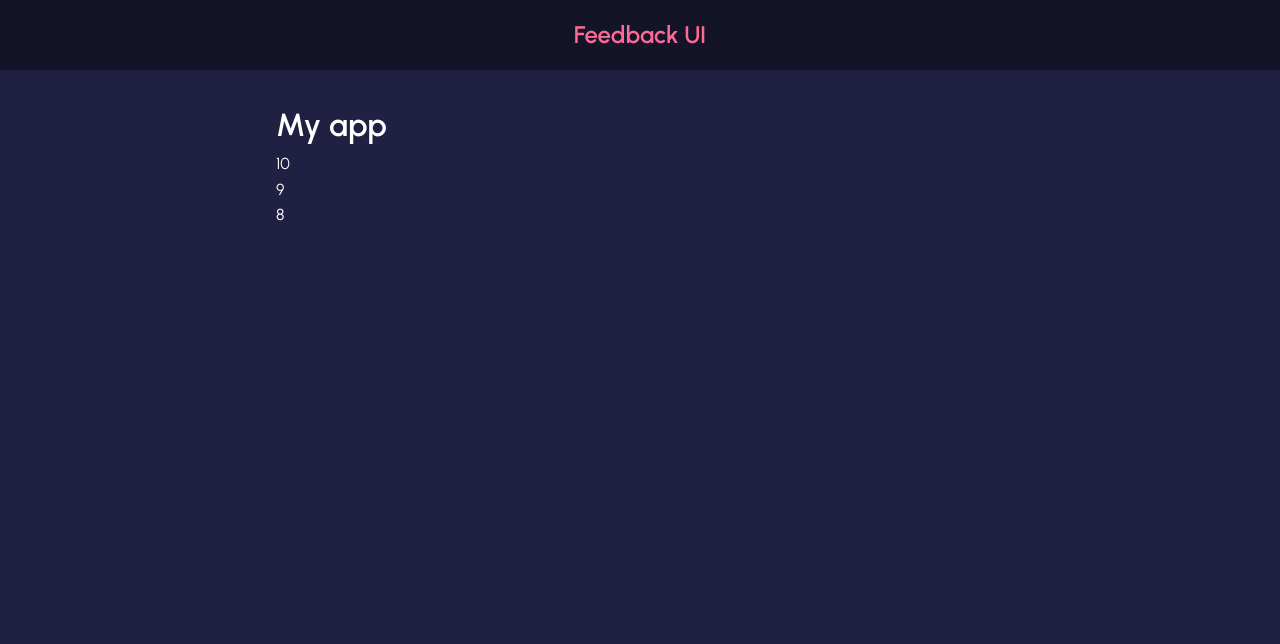
Repository: Vasil1001/feedback-project-react
Page: /
These files come from the project's save history. The page is drawn as it stood at one moment and after a run of saves; the edit follows.
The browser window is 1280 px wide. The pictures show the whole page.
The project was rebuilt for these pictures with package versions that can differ from the ones it lists, and the page was loaded fresh each time. Also part of the build but not shown: vite.config.js.

Above is the page before, as saved 2022-12-28 22:25:54.

### src/App.jsx
import { useState } from 'react'
import './App.css'
import FeedbackList from './components/FeedbackList'
import Header from './components/Header'
import FeedbackData from './data/FeedbackData'

function App() {
  const [feedback, setFeedback] = useState(FeedbackData)

  return (
    <div>
      <Header />
      <div className="container">
        <h1>My app</h1>
        <FeedbackList feedback={feedback}/>
      </div>
    </div>
  )
}

export default App

### src/App.css
@import url('https://fonts.googleapis.com/css2?family=Poppins:wght@400;600;700&display=swap');
@import url('https://fonts.googleapis.com/css2?family=DM+Sans:wght@400;700&family=Roboto+Condensed:wght@300;400;700&family=Urbanist:wght@100;300;400;600&display=swap');
* {
  box-sizing: border-box;
  margin: 0;
  padding: 0;
}

body {
  font-family: 'Urbanist', sans-serif;
  background-color: #202142;
  color: #fff;
  line-height: 1.6;
}

ul {
  list-style: none;
}

.container {
  max-width: 768px;
  margin: auto;
  padding: 0 20px;
}

header {
  height: 70px;
  width: 100%;
  display: flex;
  justify-content: space-between;
  align-items: center;
  margin-bottom: 30px;
}

.card {
  background-color: #fff;
  color: #333;
  border-radius: 15px;
  padding: 40px 50px;
  margin: 20px 0;
  position: relative;
}

.card.reverse {
  background-color: rgba(0, 0, 0, 0.4);
  color: #fff;
}

.card h2 {
  font-size: 22px;
  font-weight: 600;
  text-align: center;
}

.rating {
  display: flex;
  align-items: center;
  justify-content: space-around;
  margin: 30px 0 40px;
}

.rating li,
.num-display {
  position: relative;
  background: #f4f4f4;
  width: 50px;
  height: 50px;
  padding: 10px;
  text-align: center;
  border-radius: 50%;
  font-size: 19px;
  border: 1px #eee solid;
  transition: 0.3s;
}

.rating li label {
  position: absolute;
  top: 50%;
  left: 50%;
  width: 50px;
  height: 50px;
  padding: 10px;
  border-radius: 50%;
  transform: translate(-50%, -50%);
  cursor: pointer;
}

.rating li:hover,
.num-display {
  background: #ff6a95;
  color: #fff;
}

[type='radio'] {
  opacity: 0;
}

[type='radio']:checked ~ label {
  background: #ff6a95;
  color: #fff;
}

.input-group {
  display: flex;
  flex-direction: row;
  border: 1px solid #ccc;
  padding: 8px 10px;
  border-radius: 8px;
}

input {
  flex-grow: 2;
  border: none;
  font-size: 16px;
}

input:focus {
  outline: none;
}

.feedback-stats {
  color: #fff;
  display: flex;
  justify-content: space-between;
  align-items: center;
}

.num-display {
  position: absolute;
  top: -10px;
  left: -10px;
}

.close,
.edit {
  position: absolute;
  top: 10px;
  right: 20px;
  cursor: pointer;
  background: none;
  border: none;
}

.edit {
  right: 40px;
}

.btn {
  color: #fff;
  border: 0;
  border-radius: 8px;
  color: #fff;
  width: 100px;
  height: 40px;
  cursor: pointer;
}

.btn-primary {
  background-color: #202142;
}

.btn-secondary {
  background: #ff6a95;
}

.btn:hover {
  transform: scale(0.98);
  opacity: 0.9;
}

.btn:disabled {
  background-color: #cccccc;
  color: #333;
  cursor: auto;
}

.btn:disabled:hover {
  transform: scale(1);
  opacity: 1;
}

.message {
  padding-top: 10px;
  text-align: center;
  color: rebeccapurple;
}

/* FIX: Remove position: absolute to keep about icon at the bottom of the
 * document */
.about-link {
  display: flex;
  justify-content: flex-end;
}

/* FIX: Remove position: absolute to keep about icon at the bottom of the
 * document */
.about-link a {
  color: #fff;
  cursor: pointer;
}

.about-link a:hover {
  color: #ff6a95;
}

.about h1 {
  margin-bottom: 20px;
}

.about p {
  margin: 10px 0;
}

@media (max-width: 600px) {
  .rating li {
    margin: 10px 3px;
  }

  .rating {
    display: flex;
    align-items: center;
    justify-content: center;
    flex-wrap: wrap;
    margin: 30px 0 40px;
  }

  .input-group input {
    width: 80%;
  }
}

### src/components/FeedbackList.jsx
import React from 'react'
import FeedbackItem from './FeedbackItem'

export default function FeedbackList({ feedback }) {
    return (
        <div className="feedback-list">
            {feedback.length > 0 ? feedback.map((item) => (
                <div>
                    {item.rating}
                </div>
            ))
                : <p>No feedback yet</p>}
        </div>
    )
}

### src/components/Header.jsx
import React from 'react'

function Header({ text }) {
    return (
        <header style={{backgroundColor: 'rgba(0,0,0,0.4', color: '#ff6a95'}}>
            <div className="container">
                <h2>{text}</h2>
            </div>
        </header>
    )
}
Header.defaultProps = {
    text: 'Feedback UI',
}
export default Header

### src/components/FeedbackItem.jsx
import React, { useState } from 'react'

function FeedbackItem() {
    const [rating, setRating] = useState(7)
    const [text, setText] = useState('This is an example of a Feedback item')

    const handleClick = () => {
        setRating((prev) => {
            return prev + 1
        })
    }

    return (
        <div className="card">
            <div className="num-display">{rating}</div>
            <div className="text-display">{text}</div>
            <button onClick = {handleClick}>Click</button>
        </div>
    )
}

export default FeedbackItem

Loaded but not shown: index.html (common file); src/main.jsx (common file); src/data/FeedbackData.jsx (common file)

After the next 3 saves:
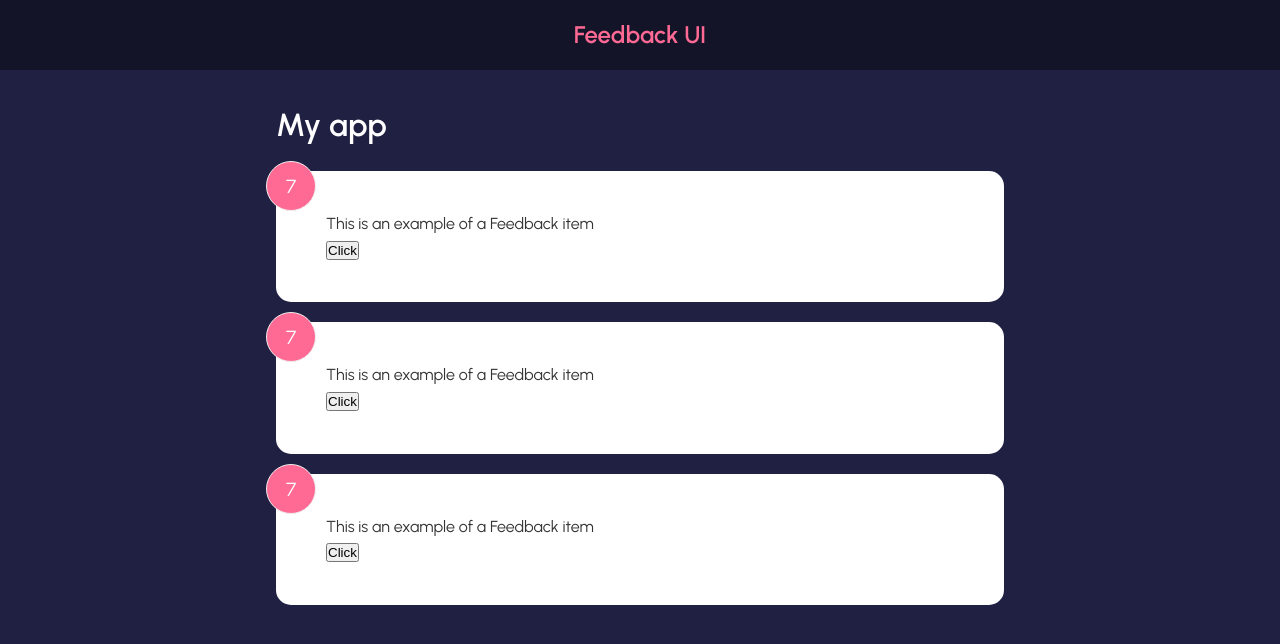
The 3 saves are shown as one change because they came seconds apart.
The last was saved 25 s later.
--- a/src/components/FeedbackList.jsx
+++ b/src/components/FeedbackList.jsx
@@ -5,9 +5,7 @@ export default function FeedbackList({ feedback }) {
     return (
         <div className="feedback-list">
             {feedback.length > 0 ? feedback.map((item) => (
-                <div>
-                    {item.rating}
-                </div>
+                <FeedbackItem />
             ))
                 : <p>No feedback yet</p>}
         </div>
